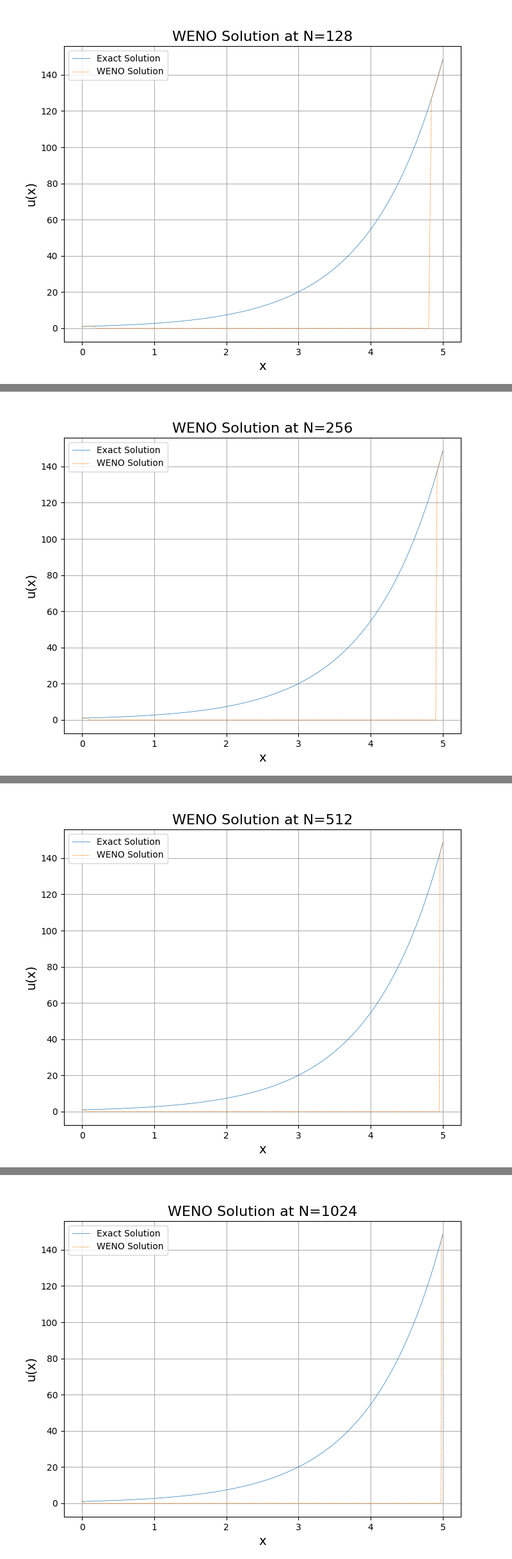
Repository: mishiroo/WENO
Script's output: python main.py
An editor plug-in stored every save of this project. The script's output is shown before and after the next save, followed by the edit.
The pictures are shown at 64% of full size.
Each picture stacks the figures in order, with grey between them; figures that are only written to a file come last. Random numbers start from a fixed seed.

Above is the script's output before, as saved 2024-12-13 16:22:15.

### main.py
import WENO
import ErrorAnalysis as EA
import numpy as np

# 计算误差阶
# N: Num of cells 网格密度太大 机器误差会影响收敛
NList = [128, 256, 512, 1024]
# 存储计算结果
l2_err_list = []
linf_err_list = []
solution_list = []

for n in NList:
    mesh = WENO.Mesh(0, 5, n)  # 实例化的Mesh mesh.mesh访问网格本身
    mesh.SetTestAverageValues()
    theo_values = np.exp(mesh.mesh)
    weno = WENO.WENO1D(mesh=mesh.mesh, avg_values=mesh.avg_values, k=5)

    # 模板为5的计算结果
    weno5_solution = weno.StencilReconstruct_all()
    # weno.Reconstruct()
    # 处理边界条件
    weno.BoundaryTreatment(theo_values)
    weno5_solution = weno._solution

    # 统计误差
    linf_err_list.append(EA.LinfError(theo_values, weno5_solution))
    l2_err_list.append(EA.L2Error(theo_values, weno5_solution))
    solution_list.append(weno5_solution)
    # 绘图
    EA.Draw(mesh.mesh, theo_values, weno5_solution)

# np.save("k=5加权结果.npy", solution_list[0])

EA.SaveError("WENO5Error.xlsx", NList, l2_err_list, linf_err_list)

### WENO.py
import tqdm
import numpy as np
from typing import List


# 1D dimension
class WENO1D:

    def __init__(self, mesh: np.ndarray, avg_values: np.ndarray, k: int = 5) -> None:
        """初始化WENO类

        Args:
            mesh (np.ndarray): 网格剖分[lb,...ub]
            avg_values (np.ndarray): 网格剖分[lb,...ub]
            k (int, optional): 模板长度. Defaults to 3.
            Supported k=1, 2, 3, 5
        """
        assert np.size(mesh) - 1 == np.size(
            avg_values
        ), "len(mesh) == len(avg_values) + 1"
        self.avg_values = avg_values
        self.mesh = mesh

        self.order = 2 * k - 1
        self.lb = mesh[0]
        self.ub = mesh[-1]
        self.N = len(mesh) - 1  # Num of cells
        self.k = k  # Num of stencils

        self._solution = np.zeros(self.N + 1)  # 存储WENO重构结果
        self.stencil_solution = np.zeros(self.N + 1)  # 存储模板重构结果

        # 查表得到模板组合线性权
        if self.order == 1:
            self.weights_d = [1]
        elif self.order == 3:
            self.weights_d = [2 / 3, 1 / 3]
        elif self.order == 5:
            self.weights_d = [1 / 10, 3 / 5, 3 / 10]
            # 查表得到模板组合系数
            self.C = np.array(
                [
                    [1 / 3, -7 / 6, 11 / 6],
                    [-1 / 6, 5 / 6, 1 / 3],
                    [1 / 3, 5 / 6, -1 / 6],
                    [11 / 6, -7 / 6, 1 / 3],
                ]
            )
        elif self.order == 9:
            # 直接得到五阶模板 加权可以得到九阶模板
            self.weights_d = np.array([0, 0, 1, 0, 0])  # 书上没有对应权重 取中间的权重
            self.C = np.array(
                [
                    [1 / 5, -21 / 20, 137 / 60, -163 / 60, 137 / 60],
                    [-1 / 20, 17 / 60, -43 / 60, 77 / 60, 1 / 5],
                    [1 / 30, -13 / 60, 47 / 60, 9 / 20, -1 / 20],
                    [-1 / 20, 9 / 20, 47 / 60, -13 / 60, 1 / 30],
                    [1 / 5, 77 / 60, -43 / 60, 17 / 60, -1 / 20],
                    [137 / 60, -163 / 60, 137 / 60, -21 / 20, 1 / 5],
                ]
            )
        else:
            raise ValueError(
                "k must be 1, 2 or 3, 5(测试五阶算法用)"
            )  # 其他阶的系数论文没给，先不写

        self.PrintInfo()

    def PrintInfo(self):
        print(
            f"lb = {self.lb}, ub = {self.ub}, Stencil length = {self.k}, WENO order = {self.order} "
        )
        print(f"Num of cells = {self.N}, Num of Nodes = {self.N + 1} \n")

    def StencilReconstruct(self, index: int) -> List[float]:
        """根据模板进行重构 精度为k阶

        Args:
            index (int): 计算节点的位置索引

        Returns:
            List[float]: 不同模板上的重构结果
        """
        stencil_index = index - 1
        stencil_recons = np.zeros(self.k)  # 存储不同模板重构结果的值
        if stencil_index - self.k + 1 >= 0 and stencil_index + self.k - 1 <= self.N - 1:
            for i in range(self.k):
                stencil_recons[i] = np.inner(
                    self.C[i],
                    self.avg_values[
                        stencil_index - self.k + 1 + i : stencil_index + i + 1
                    ],
                )

        elif stencil_index - self.k + 1 < 0:
            for i in range(self.k):
                stencil_recons[i] = np.inner(
                    self.C[-1],
                    self.avg_values[stencil_index + 1 : stencil_index + self.k + 1],
                )

        elif stencil_index + self.k - 1 > self.N - 1:
            for i in range(self.k):
                stencil_recons[i] = np.inner(
                    self.C[0],
                    self.avg_values[stencil_index - self.k + 1 : stencil_index + 1],
                )
        return stencil_recons

    def SmoothIndicators(self, index: int) -> np.ndarray:
        """计算指示器

        Args:
            index (int): 索引

        Returns:
            np.ndarray: 平滑指示函数
        """
        assert self.k == 2 or self.k == 3, "SmoothIndicators only support k=3 NOW!"
        # 处理非法值
        if index < self.k - 1 or index > self.N - self.k:
            return self.weights_d
        else:
            if self.k == 2:
                beta0 = self.avg_values[index + 1] - self.avg_values[index]
                beta1 = self.avg_values[index] - self.avg_values[index - 1]
                return [beta0, beta1]
            elif self.k == 3:
                beta0 = (
                    13
                    / 12
                    * (
                        self.avg_values[index + 1]
                        - 2 * self.avg_values[index + 1]
                        + self.avg_values[index + 2]
                    )
                    ** 2
                )
                +1 / 4 * (
                    3 * self.avg_values[index]
                    - 4 * self.avg_values[index + 2]
                    + self.avg_values[index + 2]
                ) ** 2
                beta1 = (
                    13
                    / 12
                    * (
                        self.avg_values[index - 1]
                        - 2 * self.avg_values[index]
                        + self.avg_values[index + 1]
                    )
                    ** 2
                )
                +1 / 4 * (self.avg_values[index - 1] - self.avg_values[index + 1]) ** 2
                beta2 = (
                    13
                    / 12
                    * (
                        self.avg_values[index - 2]
                        - 2 * self.avg_values[index - 1]
                        + self.avg_values[index]
                    )
                    ** 2
                )
                +1 / 4 * (
                    3 * self.avg_values[index]
                    - 4 * self.avg_values[index - 1]
                    + self.avg_values[index - 2]
                ) ** 2
            return [beta0, beta1, beta2]

    def FormWeights(self, index: int, eps=1e-6) -> np.ndarray:
        """计算归一化权重

        Args:
            index (int): 索引

        Returns:
            np.ndarray: 权重
        """
        alpha = np.zeros(self.k)
        beta = self.SmoothIndicators(index)
        for i in range(self.k):
            alpha[i] = self.weights_d[i] / (eps + beta[i]) ** 2
        return alpha / np.sum(alpha)

    def NodeReconstruct(self, index: int, eps=1e-6) -> float:
        """WENO加权后的重构 精度为2k-1阶 针对节点进行重构

            返回指定索引的WENO重构结果

        Args:
            index (int): 索引
            eps (_type_, optional): eps参数. Defaults to 1e-6.

        Returns:
            float: 插值结果
        """
        weights = self.FormWeights(index, eps=eps)
        return np.inner(self.weights_d, self.StencilReconstruct(index))

    def Reconstruct(self, eps=1e-6):
        """WENO加权后的重构 精度为2k-1阶 针对区间进行重构

            返回区间上每个节点的WENO重构结果

        Args:
            eps (_type_, optional): eps参数. Defaults to 1e-6.
        """
        for i in tqdm.tqdm(range(self.N + 1)):
            self._solution[i] = self.NodeReconstruct(i, eps=eps)
        return self._solution

    def StencilReconstruct_all(self) -> np.ndarray:
        """精度为k阶 调用StencilReconstruct 针对区间进行重构

            返回区间所有节点使用模板重构结果(收敛阶为模板长度)

        Returns:
            np.ndarray: 重构结果
        """
        for i in range(self.N + 1):
            self.stencil_solution[i] = np.inner(
                self.weights_d, self.StencilReconstruct(i)
            )
        return self.stencil_solution

    def BoundaryTreatment(self, theo_values: np.ndarray) -> None:
        """边界处理: 把遇到的不完整模板计算结果全部用精确值代替

        Args:
            theo_values (np.ndarray): 理论值
        """
        for i in range(self.k):
            # 前k个点
            self._solution[i] = theo_values[i]
            # 后k个点
            self._solution[self.N - i] = theo_values[self.N - i]


class Mesh:
    def __init__(self, lb: float, ub: float, N: int) -> None:
        """初始化网格

        Args:
            lb (float): 左边界
            ub (float): 右边界
            N (int): cells数量
        """
        self.lb = lb
        self.ub = ub
        self.N = N
        self.mesh = np.linspace(lb, ub, N + 1)
        self.avg_values = np.zeros(N)  # Initialize avg_values

    def BindAverageValues(self, avg_values: List[float]) -> None:
        """绑定平均值

        Args:
            avg_values (List[float]): 平均值
        """
        assert len(avg_values) == self.N, "avg_values length must be N"
        self.avg_values = avg_values

    def SetTestAverageValues(self):
        """测试用例
        func = e^x
        设置精确的单元格积分均值
        """
        for i in range(self.N):
            integrate = np.exp(self.mesh[i + 1]) - np.exp(self.mesh[i])
            self.avg_values[i] = integrate / (self.mesh[i + 1] - self.mesh[i])

### ErrorAnalysis.py
# 分析计算结果的收敛阶 绘制计算效果图
import numpy as np
import pandas as pd
from typing import List
from matplotlib import pyplot as plt


def AccuracyOrder(N1: int, N2: int, Error1: int, Error2: int) -> float:
    """给定两组剖分和计算结果，计算收敛阶

    Args:
        N1 (int): 第一次剖分的网格数
        N2 (int): 第二次剖分的网格数
        Error1 (int): 第一次剖分的误差
        Error2 (int): 第二次剖分的误差

    Returns:
        float: 收敛阶
    """
    return np.log(Error1 / Error2) / np.log(N2 / N1)


def AccuracyOrders(NList: List[int], ErrorList: List[float]) -> np.ndarray:
    """对两组及以上剖分结果进行收敛阶分析 返回长度为len(NList)第一个元素为None的收敛阶数组
    输入参数是Num of cells
    Args:
        NList (List[int]): 网格剖分参数列表
        ErrorList (List[float]): 误差结果列表

    Returns:
        np.ndarray: 收敛阶列表
    """
    assert len(NList) == len(
        ErrorList
    ), f"length of NList and ErrorList must be equal, but {len(NList)} and {len(ErrorList)} are given"
    orderList = np.zeros(len(NList))
    orderList[0] = None
    for i in range(1, len(NList)):
        orderList[i] = AccuracyOrder(
            NList[i], NList[i - 1], ErrorList[i], ErrorList[i - 1]
        )
    return orderList


def AccuracyOrders_h(hList: List[float], ErrorList: List[float]) -> np.ndarray:
    """对两组及以上剖分结果进行收敛阶分析 返回长度为len(hList)第一个元素为None的收敛阶数组
    输入参数是剖分长度
    Args:
        hList (List[int]): 网格剖分长度列表
        ErrorList (List[float]): 误差结果列表

    Returns:
        np.ndarray: 收敛阶列表
    """
    N = [int(1/h) for h in hList]
    return AccuracyOrders(N, ErrorList)


def SaveError(
    fn: str, NList: List[int], L2ErrorList: List[float], LinfErrorList: List[float]
) -> None:
    """保存误差结果

    Args:
        fn (str): 保存文件名
        NList (List[int]): 网格剖分参数列表
        ErrorList (List[float]): 误差结果列表
    """
    ac_orders_l2 = AccuracyOrders(NList, L2ErrorList)
    ac_orders_linf = AccuracyOrders(NList, LinfErrorList)
    # 保存计算结果
    data = {
        "N": NList,
        "L2Error": L2ErrorList,
        "L2Order": ac_orders_l2,
        "LInfError": LinfErrorList,
        "LInfOrder": ac_orders_linf,
    }
    df = pd.DataFrame(data)
    df.to_excel(fn, index=False)
    # 打印误差
    print(f"l2 err accuracy order: {ac_orders_l2}")
    print(f"linf err accuracy order: {ac_orders_linf}")


def L2Error(analytical: List[float], numerical: List[float]) -> float:
    """计算L2误差

    Args:
        analytical (List[float]): 解析解
        numerical (List[float]): 数值解

    Returns:
        float: L2误差
    """
    return np.sqrt(np.sum([(a - n) ** 2 for a, n in zip(analytical, numerical)]))


def LinfError(analytical: List[float], numerical: List[float]) -> float:
    """计算Linf误差

    Args:
        analytical (List[float]): 解析解
        numerical (List[float]): 数值解

    Returns:
        float: Linf误差
    """
    return max([abs(a - n) for a, n in zip(analytical, numerical)])


def Draw(
    mesh: np.ndarray,
    theo_values: np.ndarray,
    weno_values: np.ndarray,
    show=False,
    fn: str = None,
):
    """只绘制剖分为N的精确值与数值解对比图

    Args:
        mesh (np.ndarray): 剖分网格
        theo_values (np.ndarray): 理论值
        weno_values (np.ndarray): WENO求解结果
        show(Bool, optional): 是否显示图形. Defaults to False.
        fn (str, optional): 保存文件名. Defaults to None.
    """
    N = mesh.size - 1
    # 创建图形
    plt.figure(figsize=(8, 6))

    # 绘制理论值
    plt.plot(
        mesh,
        theo_values,
        label="Exact Solution",
        linestyle="-",
        linewidth=0.5,
    )
    # 绘制WENO数值解
    plt.plot(
        mesh,
        weno_values,
        label="WENO Solution",
        linestyle="--",
        linewidth=0.5,
    )
    # 设置标题和标签

    plt.title(f"WENO Solution at N={N}", fontsize=16)
    plt.xlabel("x", fontsize=14)
    plt.ylabel("u(x)", fontsize=14)

    # 显示图例
    plt.legend()

    # 显示网格
    plt.grid(True)
    if fn is not None:
        plt.savefig(f"figures/{fn}.png")
    else:
        plt.savefig(f"figures/WENO5-N={N}.png")
    # 展示图形
    if show:
        plt.show()

After the next save:
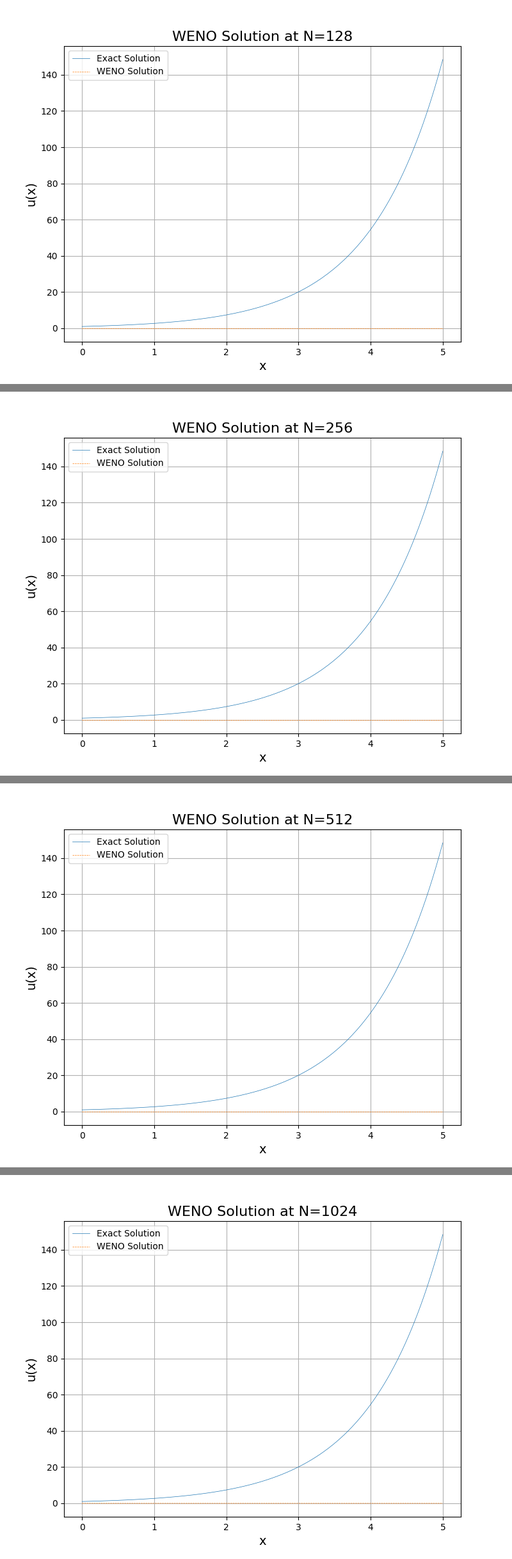
Saved 29 s later.
--- a/main.py
+++ b/main.py
@@ -20,7 +20,7 @@ for n in NList:
     weno5_solution = weno.StencilReconstruct_all()
     # weno.Reconstruct()
     # 处理边界条件
-    weno.BoundaryTreatment(theo_values)
+    # weno.BoundaryTreatment(theo_values)
     weno5_solution = weno._solution
 
     # 统计误差
